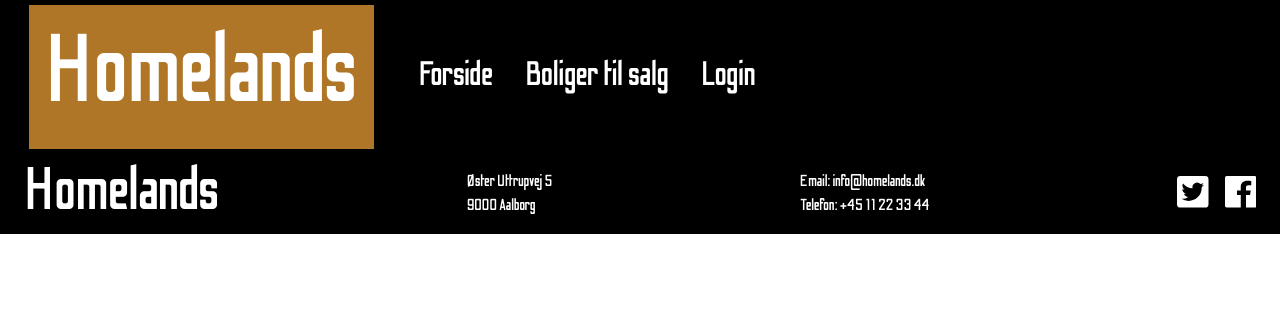
Repository: gunnarkryth/Homelands
Page: /
The author's editor kept a copy of each file at every save. The page is drawn from the files as they stood at one save, then again after a run of saves.
The browser window is 1280 px wide. The pictures show the whole page.
The page's requests for data from a server got no answer. The project was rebuilt for these pictures with package versions that can differ from the ones it lists, and the page was loaded fresh each time. No one was signed in, and anything a server would have sent is missing. Also part of the build but not shown: vite.config.js, src/pages/Houses.jsx, src/pages/HouseDetails.jsx, src/pages/Login.jsx, src/pages/NotFound.jsx.

Above is the page before, as saved 2025-02-26 08:51:35.

### src/App.jsx
import "./App.css";
import { BrowserRouter, Routes, Route } from "react-router-dom";

//Routes
import { MainLayout } from "./layout/MainLayout";
import { Home } from "./pages/Home";
import { Houses } from "./pages/Houses";
import { HouseDetails } from "./pages/HouseDetails";
import { Login } from "./pages/Login";
import { NotFound } from "./pages/NotFound";
import { ThemeProvider } from "@mui/material";
import { MainTheme } from "./theme/MainTheme";

function App() {
  return (
    <BrowserRouter>
      <ThemeProvider theme={MainTheme}>
        <Routes>
          <Route path="/" element={<MainLayout />}>
            <Route index element={<Home />} />
            <Route path="boliger" element={<Houses />} />
            <Route path="bolig-detaljer" element={<HouseDetails />} />
            <Route path="login" element={<Login />} />
            <Route path="*" element={<NotFound />} />
          </Route>
        </Routes>
      </ThemeProvider>
    </BrowserRouter>
  );
}

export default App;

### src/App.css
@font-face {
  font-family: "Odibee";
  src: url(assets/fonts/OdibeeSans-Regular.ttf);
}

body {
  margin: 0;
  padding: 0;
  box-sizing: border-box;
  display: flex;
  flex-direction: column;
  overflow-x: hidden;
}

* {
  font-family: Odibee sans-serif;
}

a {
  color: white;
}

### src/layout/MainLayout.jsx
import { Outlet } from "react-router-dom";
import { Header } from "../components/Header";
import { Footer } from "../components/Footer";

export const MainLayout = () => {
  return (
    <>
      <Header />
      <Outlet />
      <Footer />
    </>
  );
};

### src/pages/Home.jsx
import { Slideshow } from "../components/Slideshow";

export const Home = () => {
  return (
    <>
      <Slideshow />
    </>
  );
};

### src/theme/MainTheme.jsx
import { createTheme } from "@mui/material";

export const MainTheme = createTheme({
  palette: {
    primary: {
      main: "#000000",
    },
    secondary: {
      main: "#ffffff",
    },
    text: {
      primary: "#000000",
      secondary: "#ffffff",
    },
    accent: {
      primary: "#AF7627",
      secondary: "#FED9C9",
    },
  },
  typography: {
    fontFamily: ["Odibee", "sans-serif"].join(","),
  },
});

### src/components/Header.jsx
import { AppBar, Container, Toolbar } from "@mui/material";
import { Logo } from "./Logo";
import { Nav } from "./Nav";
import { SearchBar } from "./SearchBar";

export const Header = () => {
  return (
    <AppBar
      position="sticky"
      sx={{
        backgroundColor: "none",
        backgroundImage: `url('data:[embedded picture, 20 characters]<svg xmlns="http://www.w3.org/2000/svg" width="1737.138" height="123.576" viewBox="0 0 1737.138 123.576">
  <path id="HEADER_BG" data-name="HEADER BG" d="M0,123.576,491,70.562l1246.138,53.014V0H0Z"/>
</svg>
)`,
      }}
    >
      <Container maxWidth="" disableGutters>
        <Toolbar>
          <Logo />
          <Nav />
          <SearchBar />
        </Toolbar>
      </Container>
    </AppBar>
  );
};

### src/components/Footer.jsx
import {
  Container,
  Toolbar,
  MenuItem,
  Typography,
  AppBar,
} from "@mui/material";
import { Logo } from "./Logo";

export const Footer = () => {
  return (
    <Container
      maxWidth=""
      disableGutters
      sx={{ backgroundColor: "primary.main", color: "secondary" }}
    >
      <Toolbar sx={{ display: "flex", justifyContent: "space-between" }}>
        <Typography variant="h2" color="secondary.main">
          Homelands
        </Typography>
        <ul style={{ listStyle: "none" }}>
          <li>
            <Typography variant="body1" sx={{ color: "secondary.main" }}>
              Øster Uttrupvej 5
            </Typography>
          </li>
          <li>
            <Typography variant="body1" sx={{ color: "secondary.main" }}>
              9000 Aalborg
            </Typography>
          </li>
        </ul>
        <ul style={{ listStyle: "none" }}>
          <li>
            <Typography variant="body1" sx={{ color: "secondary.main" }}>
              Email: info@homelands.dk
            </Typography>
          </li>
          <li>
            <Typography variant="body1" sx={{ color: "secondary.main" }}>
              Telefon: +45 11 22 33 44
            </Typography>
          </li>
        </ul>
        <ul
          style={{
            listStyle: "none",
            display: "flex",
            justifyContent: "space-between",
            gap: "1rem",
          }}
        >
          <li>
            <svg
              xmlns="http://www.w3.org/2000/svg"
              width="31.5"
              height="31.5"
              viewBox="0 0 31.5 31.5"
            >
              <path
                id="Icon_awesome-twitter-square"
                data-name="Icon awesome-twitter-square"
                d="M28.125,2.25H3.375A3.376,3.376,0,0,0,0,5.625v24.75A3.376,3.376,0,0,0,3.375,33.75h24.75A3.376,3.376,0,0,0,31.5,30.375V5.625A3.376,3.376,0,0,0,28.125,2.25ZM24.687,13.416c.014.2.014.4.014.6a13.031,13.031,0,0,1-13.12,13.12A13.06,13.06,0,0,1,4.5,25.066a9.715,9.715,0,0,0,1.111.056,9.246,9.246,0,0,0,5.723-1.969,4.618,4.618,0,0,1-4.31-3.2,4.97,4.97,0,0,0,2.081-.084,4.612,4.612,0,0,1-3.691-4.528v-.056A4.608,4.608,0,0,0,7.5,15.87,4.6,4.6,0,0,1,5.442,12.03,4.554,4.554,0,0,1,6.068,9.7a13.094,13.094,0,0,0,9.506,4.823,4.621,4.621,0,0,1,7.868-4.212A9.036,9.036,0,0,0,26.367,9.2a4.6,4.6,0,0,1-2.025,2.538A9.177,9.177,0,0,0,27,11.025,9.707,9.707,0,0,1,24.687,13.416Z"
                transform="translate(0 -2.25)"
                fill="#fff"
              />
            </svg>
          </li>
          <li>
            <svg
              xmlns="http://www.w3.org/2000/svg"
              width="31.5"
              height="31.5"
              viewBox="0 0 31.5 31.5"
            >
              <path
                id="Icon_ionic-logo-facebook"
                data-name="Icon ionic-logo-facebook"
                d="M34.261,4.5H6.239A1.74,1.74,0,0,0,4.5,6.239V34.261A1.74,1.74,0,0,0,6.239,36H20.25V23.531H16.485V18.938H20.25v-3.4c0-4.069,2.822-6.284,6.456-6.284,1.739,0,3.609.131,4.044.189V13.7h-2.9c-1.977,0-2.354.935-2.354,2.313v2.929h4.709l-.615,4.594H25.5V36h8.761A1.74,1.74,0,0,0,36,34.261V6.239A1.74,1.74,0,0,0,34.261,4.5Z"
                transform="translate(-4.5 -4.5)"
                fill="#fff"
              />
            </svg>
          </li>
        </ul>
      </Toolbar>
    </Container>
  );
};

### src/components/Logo.jsx
import { Box, Typography } from "@mui/material";

export const Logo = () => {
  return (
    <Box
      sx={{
        backgroundColor: "#AF7627",
        border: "black 5px solid",
        padding: "1rem",
      }}
    >
      <Typography variant="h1" color="secondary">
        Homelands
      </Typography>
    </Box>
  );
};

### src/components/Nav.jsx
import { NavLink } from "react-router-dom";
import { MenuItem, Toolbar, Typography } from "@mui/material";

export const Nav = () => {
  return (
    <Toolbar>
      <MenuItem>
        <NavLink to="/" style={{ textDecoration: "none" }}>
          <Typography variant="h4" color="secondary.main">
            Forside
          </Typography>
        </NavLink>
      </MenuItem>
      <MenuItem>
        <NavLink to="/boliger" style={{ textDecoration: "none" }}>
          <Typography variant="h4" color="secondary.main">
            Boliger til salg
          </Typography>
        </NavLink>
      </MenuItem>
      <MenuItem>
        <NavLink to="/login" style={{ textDecoration: "none" }}>
          <Typography variant="h4" color="secondary.main">
            Login
          </Typography>
        </NavLink>
      </MenuItem>
    </Toolbar>
  );
};

### src/components/SearchBar.jsx
import { TextField } from "@mui/material";

export const SearchBar = () => {
  return <TextField></TextField>;
};

### src/components/Slideshow.jsx
import { Box, CircularProgress, IconButton, Typography } from "@mui/material";
import useFetch from "../hooks/useFetch";
import ArrowForwardIosIcon from "@mui/icons-material/ArrowForwardIos";
import { useEffect, useState } from "react";

export const Slideshow = () => {
  const { data, loading, error, request } = useFetch();

  //Liste af billeder
  const [currentIndex, setCurrentIndex] = useState(0);

  useEffect(() => {
    const handleGet = () => {
      request("https://api.mediehuset.net/homelands/images");
    };
  }, [request]);

  if (loading) return <CircularProgress color="accent.primary" />;
  if (error) return <Typography variant="h3">Fejl: {error.message}</Typography>;
  if (!data || !data.items) return null;

  const lastThreeImages = data.items.slice(-3);

  const handleNext = () => {
    setCurrentIndex((prevIndex) => (prevIndex + 1) % lastThreeImages.length);
  };

  return (
    <Box>
      <img
        src={lastThreeImages[currentIndex].image[0]}
        alt={lastThreeImages[currentIndex].description}
        style={{ width: "100%", height: "auto" }}
      />
      <IconButton aria-label="" onClick={handleNext}>
        <ArrowForwardIosIcon />
      </IconButton>
    </Box>
  );
};

### src/hooks/useFetch.js
import { useState } from "react";

function useApi() {
  const [data, setData] = useState(null);
  const [loading, setLoading] = useState(false);
  const [error, setError] = useState(null);

  // request function to perform any HTTP action
  const request = async (
    url,
    { method = "GET", body = null, headers = {} } = {}
  ) => {
    setLoading(true);
    setError(null);
    try {
      const options = {
        method,
        headers: { "Content-Type": "application/json", ...headers },
      };
      if (body) {
        options.body = JSON.stringify(body);
      }
      const response = await fetch(url, options);
      if (!response.ok) {
        throw new Error(`HTTP error! Status: ${response.status}`);
      }
      const result = await response.json();
      setData(result);
      return result;
    } catch (err) {
      setError(err);
      throw err;
    } finally {
      setLoading(false);
    }
  };

  return { data, loading, error, request };
}

export default useApi;

Loaded but not shown: index.html (common file); src/main.jsx (common file)

After the next 3 saves:
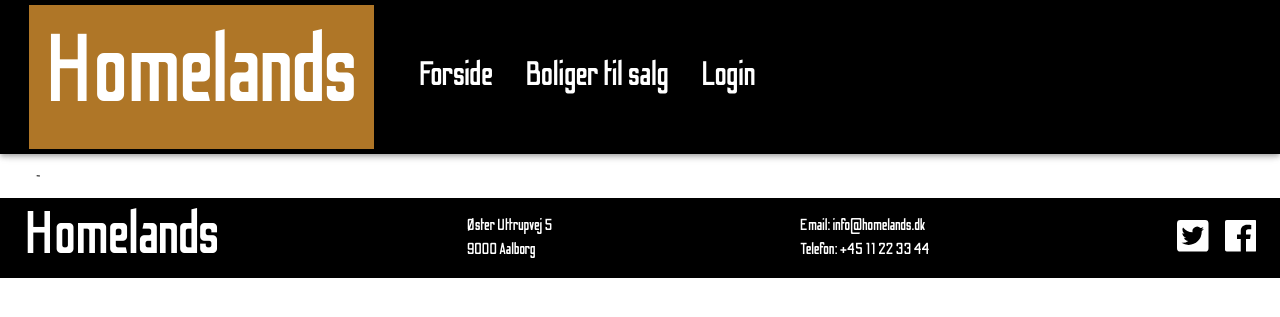
The 3 saves are shown as one change because they came seconds apart.
The last was saved 58 s later.
--- a/src/components/Slideshow.jsx
+++ b/src/components/Slideshow.jsx
@@ -10,9 +10,7 @@ export const Slideshow = () => {
   const [currentIndex, setCurrentIndex] = useState(0);
 
   useEffect(() => {
-    const handleGet = () => {
-      request("https://api.mediehuset.net/homelands/images");
-    };
+    request("https://api.mediehuset.net/homelands/images");
   }, [request]);
 
   if (loading) return <CircularProgress color="accent.primary" />;
